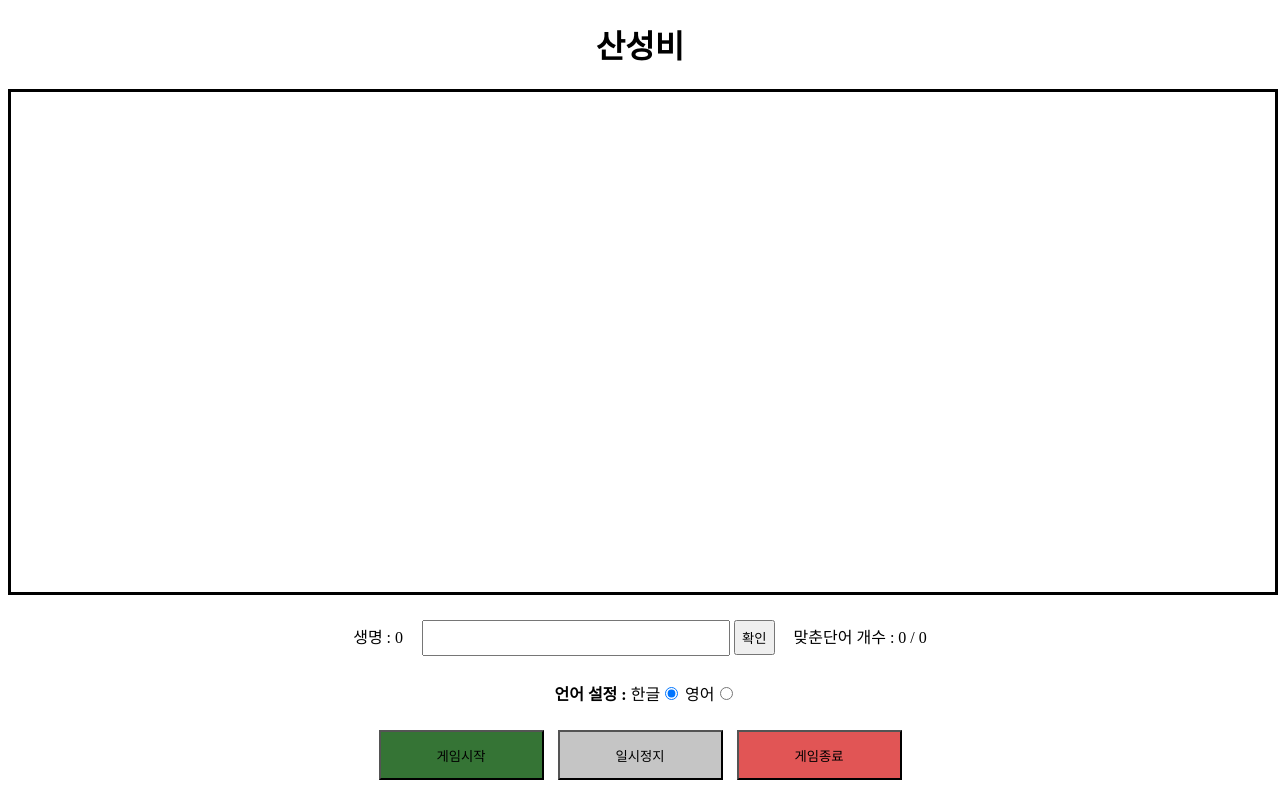
Repository: yuj1818/Hustar_JavaScript
Page: edu/edu/view/js_edu/sanseongbee.html
These files come from the project's save history. The page is drawn as it stood at one moment and after the next save; the edit follows.
The browser window is 1280 px wide. The pictures show the whole page.

Above is the page before, as saved 2022-06-03 08:54:53.

### edu/edu/view/js_edu/sanseongbee.html
<!DOCTYPE html>
<html>
	<head>
		<meta charset="UTF-8">
		<title>산성비 게임</title>
		<style>
			.game_main {
				border: 3px solid #000;
				width: 100%;
				height: 500px;
				position: relative;
				overflow: hidden;
			}

			input#answer {
				width: 300px;
				height: 30px;
			}

			button#answer_submit {
				height:  35px;
			}

			.game_management_btn {
				width: 165px;
				height: 50px;
				/* top right botton left*/
				margin: 0px 5px;
				/*margin 값이 2개만 있으면 앞에 거는 위아래, 뒤에 거는 양쪽으로 해석*/
			}

			.background_red {
				background-color: #e15555;
			}

			.background_green {
				background-color: #357435;
			}

			.background_gray {
				background-color: #c5c5c5;
			}

			.text_center {
				text-align: center;
			}

			#popup_background{
				position: fixed;
				width: 100%;
				height: 100%;
				top: 0px;
				left: 0px;
				background-color: #00000063;
				display: none;
			}

			#final_info {
				border: 1px solid #000;
				background: #fff;
				width: 300px;
				height: 300px;
				text-align: center;
				position: fixed;
				left: calc(50% - 150px);
				top: calc(50% - 150px);
			}

			.final_info_data {
				margin: 38px 0px;
			}

			.popup_exit {
				margin: 30px 0px;
				text-align: center;
			}
		</style>
	</head>
	<body>
		<h1 class="text_center">산성비</h1>

		<div class="game_main" id="game_main"></div>

		<div class="text_center" style="margin-top: 25px">
			<span style="margin-right: 15px;">
				생명 :
				<span id="life">0</span>
			</span>

			<span style="margin-right: 15px;">
				<input id="answer" type="text" onkeyup="answer_check_enter()"/>
				<button id="answer_submit" onclick="answer_check()">확인</button>
			</span>

			<span>
				맞춘단어 개수 :
				<span id="words_size">0</span>
				/
				<span id="answer_size">0</span>
			</span>
		</div>

		<div class="text_center" style="margin-top: 25px;">
			<span style="font-weight: bold; margin-left: 10px;">언어 설정 : </span>
			<label for="korean">한글</label><input id="korean" name="lan_type" type="radio" checked onclick="lan_type_change('korean')" value="korean"/>
			<label for="english">영어</label><input id="english" name="lan_type" type="radio" onclick="lan_type_change('english')" value="english"/>
		</div>

		<div class="text_center" style="margin-top: 25px">
			<button class="game_management_btn background_green" onclick="start()">게임시작</button>
			<button class="game_management_btn background_gray" onclick="pause()">일시정지</button>
			<button class="game_management_btn background_red" onclick="end()">게임종료</button>
		</div>

		<div id="popup_background" onclick="document.getElementById('popup_background').style.display='none';">
			<div id="final_info">
				<p class="final_info_data">맞춘 단어 수 : <span id="answer_size_final">0</span></p>
				<p class="final_info_data">틀린 단어 수 : <span id="wrong_size_final">0</span></p>
				<p class="final_info_data">남은 생명 : <span id="life_final">0</span></p>
			</div>
		</div>
	</body>

	<script>






		/*
			일시정지
				↳단어 한개씩 표출하기 -> 중단 -> 일시정지 중인 것을 확인 할 수 있도록 표시
				↳표출된 단어 밑으로 내리기 -> 중단
		*/

		//생명
		const _life = 3;

		//게임 총 진행 시간
		const _game_time = 60;

		//단어가 내려오는 속도
		const _word_speed = 1;

		//단어가 내려오는 위치 크기(px)
		const _word_down_size = 50;

		//게임 진행 상태(start, end, stop)
		let game_status = null;

		//단어 목록
		let words = {
				korean: ["집어넣다", "통계", "파일", "판", "피해자"],
				english: ["aaa", "bbb", "ccc", "ddd", "eee"]
		};
					/* "집어넣다", "통계", "파일", "판", "피해자","필수적","학용품","환하다","화분","감기","강남","구속되다",
					"돌아다니다","등등","멋지다","반팔","반찬","방지","베다","보장하다","세다","소개되다","씨","안쪽","억울하다",
					"오가다","요구되다","음성","이윽고","장식","전개하다","전날","전반적";*/

		//현재 생명
		let life = 0;

		//맞춘 단어 개수
		let answer_size = 0;

		//오타 개수
		let wrong_size = 0;

		//현재 게임 시간
		let game_time = 0;

		//언어 설정 값
		let lan_type = null;


		let pause_flg = false;
		/*
			게임 시작 전
				↳언어 설정(default값: 한글)
				↳초기화
					↳생명 = 3
					↳맞춘 개수 = 0
					↳오타 개수 = 0
		*/
		//java script data 초기화
		function reset () {
			life = _life;
			answer_size = 0;
			wrong_size = 0;
			game_time = _game_time;
			if(lan_type == null) {
				lan_type = "korean";
			}

			html_reset();
		}

		//data 초기화 후, html 초기화
		function html_reset () {
			document.getElementById("life").innerHTML = life;
			document.getElementById("words_size").innerHTML = words[lan_type].length;
			document.getElementById("answer_size").innerHTML = answer_size;

			//document.getElementById("game_main").innerHTML = "";
		}

		//언어 설정(클릭 시)
		function lan_type_change (lan_type_param) {
			//console.log("lan_type_change : ", lan_type_param);

			let lan_types = document.getElementsByName("lan_type");
			for (let i = 0; i < lan_types.length; i++){
				let isChecked = lan_types[i].checked;

				//console.log("isChecked : ", isChecked);

				if (isChecked == true) {
					lan_type = lan_type_param;//방법1
					lan_type = lan_types[i].value//방법2
				}

				//console.log("lan_type : ", lan_type);
			}
		}

		/*
			게임 시작
				↳시간(초) 카운트 다운
				↳단어 섞기
				↳단어 한개씩 표출하기(몇초 단위로?, 위치 x 를 무작위로 정해주기)
					↳표출된 단어들을 밑으로 내리기(하강 속도는? (단위:초?))
				↳생명이 하나씩 깎이도록 하기
					↳게임 메인 영역에 단어가 맨 밑으로 내려갔을 때
					↳정답을 잘못 입력했을 때
				↳게임 종료 하기
					↳생명이 0이 되었을 때
					↳정답을 다 맞추었을 때
					↳종료 버튼 눌렀을 때
				↳정답을 맞추면
					↳맞춘 단어 개수를 증가 시키기 -> 화면에 표시해주기
					↳맞춘 단어 화면에서 지워주기

		*/

		let game_count_down_obj = {};

		let word_view_count = 0;

		let word_viewer_obj = {};

		let word_y_position_change_obj = {};

		function start() {
			if (game_status == "start") {
				alert("게임이 이미 진행 중 입니다.")
				return;
			}

			game_status = "start";

			reset();//데이터 및 html 초기화

			words_shuffle();

			//시간 카운트 다운
			//setInterval(콜백함수, 속도(단위:ms))
			game_count_down_obj = setInterval(game_time_add, 1000);
			//게임 시간 증가 시키기
			function game_time_add(){
				game_time++;
				//게임 종료 기능 호출 필요
			}

			//표출된 단어 수
			word_view_count = 0;
			//지정한 시간 마다 단어 표출하기
			word_viewer_obj = setInterval(word_view, _word_speed * 1000)
			//단어 한개씩 표출하기
			function word_view() {
				if (word_view_count >= words[lan_type].length){
					clearInterval(word_viewer_obj);	//Interval의 반복 동작을 멈춤 (parameter: Interval Object)
				} else{
					let game_main_el = document.getElementById("game_main");
					let div_value = game_main.clientWidth/10;//game_main element의 width값
					let random_x_index = Math.floor(Math.random() * 9);//0~9
					let x_point = random_x_index * div_value;//랜덤 x pixel 좌표

					//HTML element 동적 생성
					let span = document.createElement("span");//javascript 구문
					span.setAttribute("class", "word");
					span.style.position = "absolute";
					span.style.left = x_point + "px";//javascript 구문
					span.style.top = "0px"//javascript 구문
					//console.log("word_view lan_type : ", lan_type);
					span.innerHTML = words[lan_type][word_view_count++];
					game_main_el.appendChild(span);
				}
			}

			//지정한 시간마다 단어 내리기
			word_y_position_change_obj = setInterval(word_y_position_change, _word_speed * 1000);
			//단어 내리기
			function word_y_position_change() {
				let words_els = document.getElementsByClassName("word");
				for (let i = 0; i < words_els.length; i++){
					let temp = words_els[i].style.top;
					let temp_value = Number(temp.replace("px",""));
					temp_value += _word_down_size;
					words_els[i].style.top = temp_value + "px";
					index_num = i
					//단어가 아래쪽 테두리에 닿았는지? 닿았으면 없애기
					if (temp_value > document.getElementById("game_main").clientHeight - 30) {
						words_els[i].remove();
						life_delete();
						i =- 1
					} else {
						continue;
					}
				}
			}
		}

		//단어 섞기
		function words_shuffle () {
			for (let i = 0; i < words[lan_type].length; i++){
				let value = Math.random();//value:0 ~ 1이하
				let random_index = Math.floor(value * words[lan_type].length);
				let firstValue = words[lan_type][i];
				let randomIndexValue = words[lan_type][random_index];
				words[lan_type][i] = randomIndexValue;
				words[lan_type][random_index] = firstValue;
			}
		}

		//생명 깎기
		function life_delete () {
			life--;
			if (life <= 0) {
				document.getElementById("life").innerHTML = life;
				end();
			} else {
				document.getElementById("life").innerHTML = life;
			}
		}

		//정답 확인 (맞추면 -> 단어제거, 못 맞추면 -> life 깎기)
		function answer_check () {
			let isConfirm = false;//정답 맞춘 유무

			let answer_el = document.getElementById("answer");

			let words_els = document.getElementsByClassName("word");
			for (let i = 0; i < words_els.length; i++){
				let word = words_els[i].innerHTML
				if (answer_el.value == word){
					words_els[i].remove();
					isConfirm = true;
					break;
				} else {
					continue;
				}
			}

			if (isConfirm == false) { //정답 아닐 때,
				wrong_size++;
				life_delete();
			} else { //정답일 때,
				answer_size++;
				document.getElementById("answer_size").innerHTML = answer_size;

				//정답을 맞춘 횟수가 단어 사전의 단어 개수 보다 크거나 같을 때
				if(answer_size >= words[lan_type].length) {
					end(); //게임 종료
				}
			}

			//입력창의 value 제거
			 answer_el.value = "";
		}

		//정답 확인 (엔터)
		function answer_check_enter () {
			if (window.event.keyCode == 13) {
				answer_check();
			} else{
				return;
			}
		}

		function pause(){
			if(pause_flg){
				document.getElementById("game_main").style.backgroundColor = "#fff";
				start();
			} else{
				game_status = "pause";
				document.getElementById("game_main").style.backgroundColor = "#777";
				let ex = document.getElementsByClassName("game_management_btn background_gray");
				console.log(ex);
				clearInterval(game_count_down_obj); //시간 카운트 기능, 종료
				clearInterval(word_viewer_obj); //단어 HTML 생성 및 표출 기능, 종료
				clearInterval(word_y_position_change_obj); //단어 아래로 내리기 기능, 종료
			}
			pause_flg = !pause_flg;
		}
		/*
		게임 종료
			↳단어 한개씩 표출하기 -> 중단 or 다 삭제
				↳표출된 단어 밑으로 내리기 -> 중단 or 다 삭제
			↳게임 수행 결과 표시(맞춘 단어 개수, 오타 개수, 남은 생명)
			↳생명 0으로 만들기 -> 선택
			↳맞춘 개수 0으로 만들기 -> 선택
		*/

		function end () {
			clearInterval(game_count_down_obj); //시간 카운트 기능, 종료
			clearInterval(word_viewer_obj); //단어 HTML 생성 및 표출 기능, 종료
			clearInterval(word_y_position_change_obj); //단어 아래로 내리기 기능, 종료

			//게임 수행 최종 점수 표시
			document.getElementById("answer_size_final").innerHTML = answer_size;
			document.getElementById("wrong_size_final").innerHTML = wrong_size;
			document.getElementById("life_final").innerHTML = life;

			//게임 수행 최종 점수 표시 팝업창 띄우기
			document.getElementById("popup_background").style.display="block";

			game_status = "end";
		}

	</script>
</html>

After the next save:
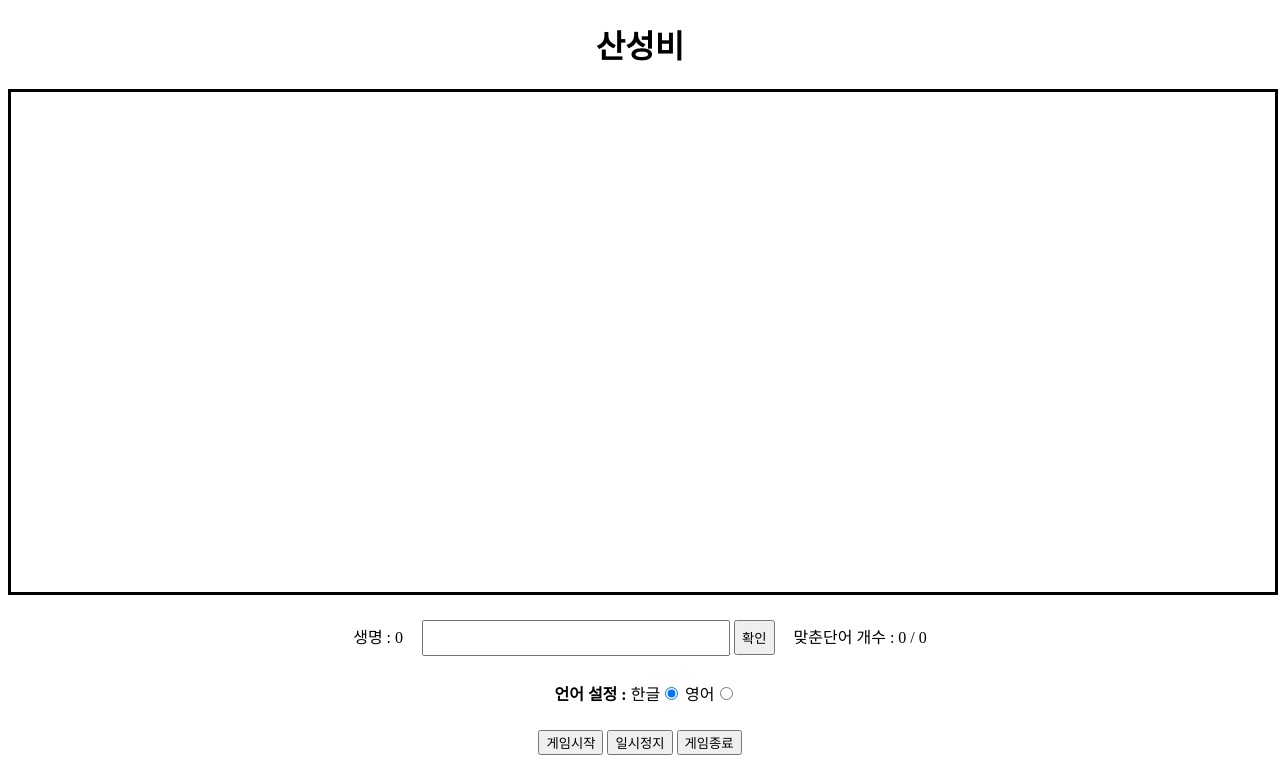
Saved 69 s later.
--- a/edu/edu/view/js_edu/sanseongbee.html
+++ b/edu/edu/view/js_edu/sanseongbee.html
@@ -29,15 +29,15 @@
 				/*margin 값이 2개만 있으면 앞에 거는 위아래, 뒤에 거는 양쪽으로 해석*/
 			}
 
-			.background_red {
+			#background_red {
 				background-color: #e15555;
 			}
 
-			.background_green {
+			#background_green {
 				background-color: #357435;
 			}
 
-			.background_gray {
+			#background_gray {
 				background-color: #c5c5c5;
 			}
 
@@ -107,9 +107,9 @@
 		</div>
 
 		<div class="text_center" style="margin-top: 25px">
-			<button class="game_management_btn background_green" onclick="start()">게임시작</button>
-			<button class="game_management_btn background_gray" onclick="pause()">일시정지</button>
-			<button class="game_management_btn background_red" onclick="end()">게임종료</button>
+			<button id="game_management_btn background_green" onclick="start()">게임시작</button>
+			<button id="game_management_btn background_gray" onclick="pause()">일시정지</button>
+			<button id="game_management_btn background_red" onclick="end()">게임종료</button>
 		</div>
 
 		<div id="popup_background" onclick="document.getElementById('popup_background').style.display='none';">

After the save that followed:
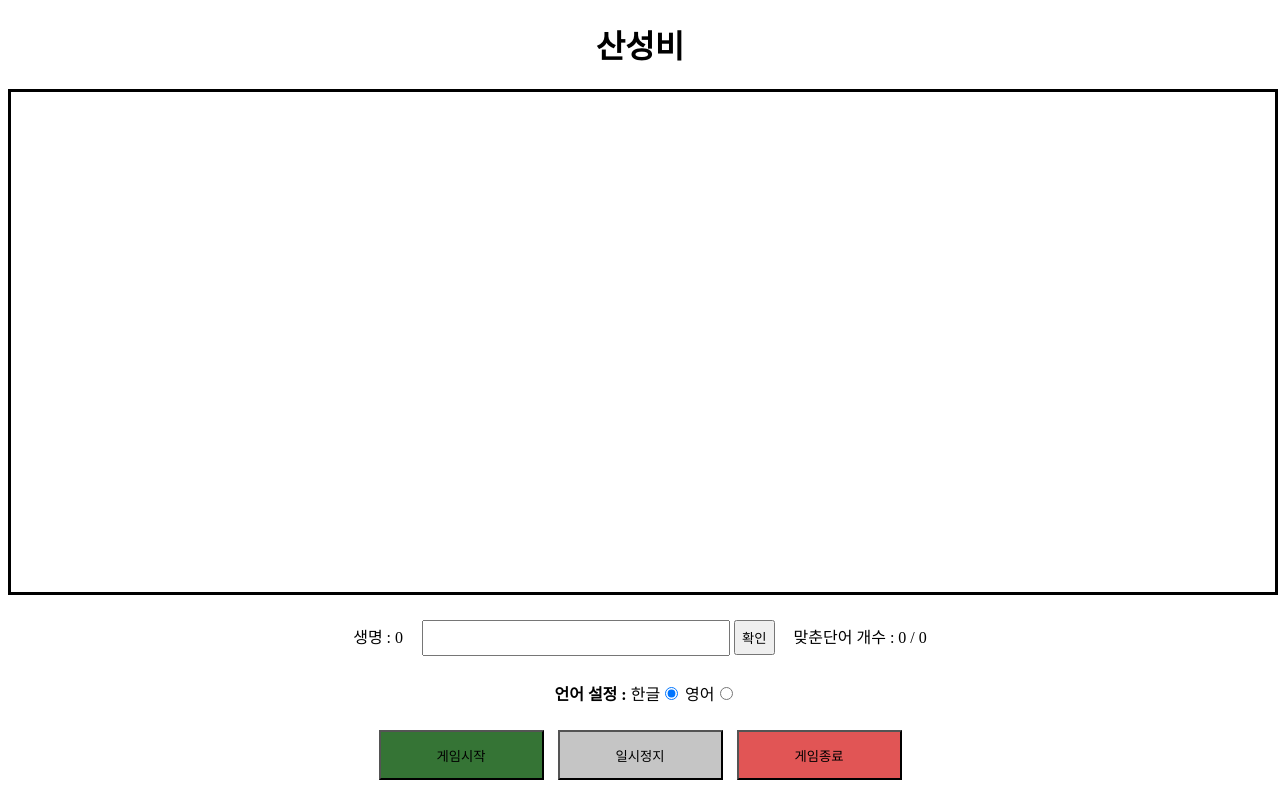
Saved 5 min 7 s later.
--- a/edu/edu/view/js_edu/sanseongbee.html
+++ b/edu/edu/view/js_edu/sanseongbee.html
@@ -107,9 +107,9 @@
 		</div>
 
 		<div class="text_center" style="margin-top: 25px">
-			<button id="game_management_btn background_green" onclick="start()">게임시작</button>
-			<button id="game_management_btn background_gray" onclick="pause()">일시정지</button>
-			<button id="game_management_btn background_red" onclick="end()">게임종료</button>
+			<button class="game_management_btn" id = "background_green" onclick="start()">게임시작</button>
+			<button class="game_management_btn" id = "background_gray" onclick="pause()">일시정지</button>
+			<button class="game_management_btn" id = "background_red" onclick="end()">게임종료</button>
 		</div>
 
 		<div id="popup_background" onclick="document.getElementById('popup_background').style.display='none';">
@@ -391,12 +391,12 @@
 		function pause(){
 			if(pause_flg){
 				document.getElementById("game_main").style.backgroundColor = "#fff";
+				document.getElementById("background_gray").innerHTML = "일시정지"
 				start();
 			} else{
 				game_status = "pause";
 				document.getElementById("game_main").style.backgroundColor = "#777";
-				let ex = document.getElementsByClassName("game_management_btn background_gray");
-				console.log(ex);
+				document.getElementById("background_gray").innerHTML = "재개"
 				clearInterval(game_count_down_obj); //시간 카운트 기능, 종료
 				clearInterval(word_viewer_obj); //단어 HTML 생성 및 표출 기능, 종료
 				clearInterval(word_y_position_change_obj); //단어 아래로 내리기 기능, 종료
